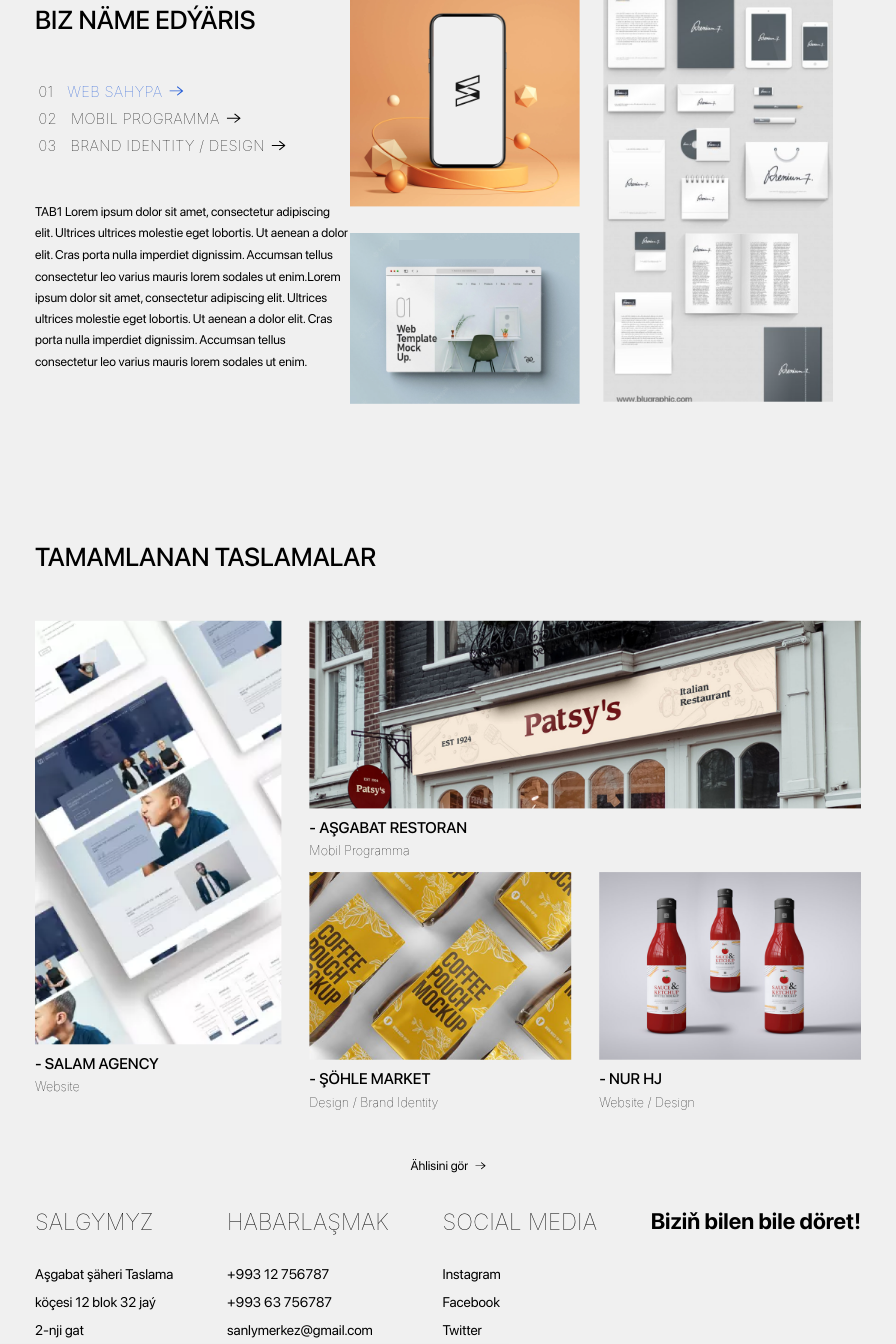
Repository: Meylis7/Sanly-Merkez-Web
Page: main.html
An editor plug-in stored every save of this project. The page is shown before and after the next save, followed by the edit.
The browser window is 1280 px wide. The pictures show the part of the page from y = 1437 to 3357 px (the page is 3357 px tall), at 70% of full size.
Some web fonts or font styles are not loaded; a fallback is used.

Above is the page before, as saved 2022-05-03 17:32:08.

### main.html
<!DOCTYPE html>
<html lang="en" dir="ltr">
  <head>
    <meta charset="utf-8">
    <meta name="viewport" content="width=device-width, initial-scale=1.0">
    <title>Sanly merkez</title>
    <link rel="stylesheet" href="./css/main.css">
  </head>
  <body>
    <div class="main-container">
      <div class="header-container">
        <header>
          <a href="#" class="brand"><img src="/assets/logo.png" alt=""></a>
          <div class="menu">
            <div class="btn">
                <svg class="close-btn" xmlns="http://www.w3.org/2000/svg" aria-hidden="true" role="img" width="1em" height="1em" preserveAspectRatio="xMidYMid meet" viewBox="0 0 20 20"><path fill="currentColor" fill-rule="evenodd" d="M4.293 4.293a1 1 0 0 1 1.414 0L10 8.586l4.293-4.293a1 1 0 1 1 1.414 1.414L11.414 10l4.293 4.293a1 1 0 0 1-1.414 1.414L10 11.414l-4.293 4.293a1 1 0 0 1-1.414-1.414L8.586 10L4.293 5.707a1 1 0 0 1 0-1.414Z" clip-rule="evenodd"/></svg>
            </div>
            <a href="#">Biz barada</a>
            <a href="#">Hyzmatlar</a>
            <a href="#">Taslamalar</a>
            <a href="#">Habarlaşmak</a>
          </div>
          <div class="btn">
            <svg class="menu-btn" xmlns="http://www.w3.org/2000/svg" aria-hidden="true" role="img" width="1em" height="1em" preserveAspectRatio="xMidYMid meet" viewBox="0 0 20 20"><path fill="currentColor" fill-rule="evenodd" d="M3 5a1 1 0 0 1 1-1h12a1 1 0 1 1 0 2H4a1 1 0 0 1-1-1Zm0 5a1 1 0 0 1 1-1h12a1 1 0 1 1 0 2H4a1 1 0 0 1-1-1Zm6 5a1 1 0 0 1 1-1h6a1 1 0 1 1 0 2h-6a1 1 0 0 1-1-1Z" clip-rule="evenodd"/></svg>
          </div>
        </header>
      </div>

      <div class="home-section">
        <div class="home-container">
          <div class="home-left-content">
            <div class="home-slogan">
              <p class="slogan">Sanly hyzmatlaryň <br>
                takyk çözgüdi.</p>
                <p class="slogan-text">Lorem ipsum dolor sit amet, consectetur adipiscing elit. Massa <br> tincidunt rhoncus dolor nisi duis nunc.</p>
            </div>
            <div class="home-social-links">
              <a href="#">Instagram</a>
              <a href="#">Twitter</a>
              <a href="#">Facebook</a>
            </div>
          </div>
          <div class="home-right-content">
            <img src="./assets/mainphoto.png" alt="">
          </div>
        </div>
      </div>
      <div class="about-section">
        <div class="about-container">
          <div class="about-photo-content">
            <h1>Biz Barada</h1>
            <img src="/assets/about.png" alt="">
          </div>
          <div class="about-text-container">
            <h1>Sanly Merkez</h1>
            <p>Lorem ipsum dolor sit amet, consectetur adipiscing elit. Ultrices ultrices molestie eget lobortis. Ut aenean a dolor elit. Cras porta nulla imperdiet dignissim. Accumsan tellus consectetur leo varius mauris lorem sodales ut enim.Lorem ipsum dolor sit amet, consectetur adipiscing elit. Ultrices ultrices molestie eget lobortis. Ut aenean a dolor elit. Cras porta nulla imperdiet dignissim. Accumsan tellus consectetur leo varius mauris lorem sodales ut enim. Accumsan tellus consectetur leo varius mauris lorem sodales ut enim. Accumsan tellus consectetur leo varius .Accumsan tellus consectetur leo varius mauris lorem sodales ut enim. Accumsan tellus consectetur leo varius .Accumsan tellus consectetur leo varius mauris lorem sodales ut enim. Accumsan tellus consectetur leo varius . </p>
          </div>
        </div>
      </div>
      <div class="wwd-section">
        <div class="wwd-conteiner">
          <div class="tabs">
            <h1>Biz näme edýäris</h1>
            <div class="tabs__head">
              <div class="tabs__toggle is-active">
                <span class="tabs__name"><span class="tabsnumber">01</span>Web sahypa <svg width="15" height="10" viewBox="0 0 15 10" fill="none" xmlns="http://www.w3.org/2000/svg"> <path d="M8.75 0L7.85625 0.6965L12.5938 4.5H0V5.5H12.5938L7.85625 9.2865L8.75 10L15 5L8.75 0Z" fill="currentColor"/></svg>
              </span>
              </div>
              <div class="tabs__toggle">
                <span class="tabs__name"><span class="tabsnumber">02</span>Mobil programma <svg width="15" height="10" viewBox="0 0 15 10" fill="none" xmlns="http://www.w3.org/2000/svg"> <path d="M8.75 0L7.85625 0.6965L12.5938 4.5H0V5.5H12.5938L7.85625 9.2865L8.75 10L15 5L8.75 0Z" fill="currentColor"/></svg></span>
              </div>
              <div class="tabs__toggle">
                <span class="tabs__name"><span class="tabsnumber">03</span>Brand identity / Design <svg width="15" height="10" viewBox="0 0 15 10" fill="none" xmlns="http://www.w3.org/2000/svg"> <path d="M8.75 0L7.85625 0.6965L12.5938 4.5H0V5.5H12.5938L7.85625 9.2865L8.75 10L15 5L8.75 0Z" fill="currentColor"/></svg></span>
              </div>
            </div>
            <div class="tabs__body">
              <div class="tabs__content is-active">
                <p class="tabs__text">TAB1 Lorem ipsum dolor sit amet, consectetur adipiscing elit. Ultrices ultrices molestie eget lobortis. Ut aenean a dolor elit. Cras porta nulla imperdiet dignissim. Accumsan tellus consectetur leo varius mauris lorem sodales ut enim.Lorem ipsum dolor sit amet, consectetur adipiscing elit. Ultrices ultrices molestie eget lobortis. Ut aenean a dolor elit. Cras porta nulla imperdiet dignissim. Accumsan tellus consectetur leo varius mauris lorem sodales ut enim.</p>
              </div>
              <div class="tabs__content">
                <p class="tabs__text">TAB2 Lorem ipsum dolor sit amet, consectetur adipiscing elit. Ultrices ultrices molestie eget lobortis. Ut aenean a dolor elit. Cras porta nulla imperdiet dignissim. Accumsan tellus consectetur leo varius mauris lorem sodales ut enim.Lorem ipsum dolor sit amet, consectetur adipiscing elit. Ultrices ultrices molestie eget lobortis. Ut aenean a dolor elit. Cras porta nulla imperdiet dignissim. Accumsan tellus consectetur leo varius mauris lorem sodales ut enim.</p>
              </div>
              <div class="tabs__content">
                <p class="tabs__text">TAB3 Lorem ipsum dolor sit amet, consectetur adipiscing elit. Ultrices ultrices molestie eget lobortis. Ut aenean a dolor elit. Cras porta nulla imperdiet dignissim. Accumsan tellus consectetur leo varius mauris lorem sodales ut enim.Lorem ipsum dolor sit amet, consectetur adipiscing elit. Ultrices ultrices molestie eget lobortis. Ut aenean a dolor elit. Cras porta nulla imperdiet dignissim. Accumsan tellus consectetur leo varius mauris lorem sodales ut enim.</p>
              </div>
            </div>
          </div>
          <div class="wwd-photo-content">
            <div class="left-photo-content">
              <div class="first-photo">
                <img src="/assets/appphoto.png" alt="">
              </div>
              <div class="second-photo">
                <img src="/assets/websitephoto.png" alt="">
              </div>
            </div>
            <div class="right-photo-content">
              <img src="/assets/brandingphoto.png" alt="">
            </div>
          </div>
        </div>
      </div>
      <div class="projects-section">
        <h1>tamamlanan taslamalar</h1>
        <div class="projects-container">
          <div class="left-projects-content">
            <div class="project-one">
              <div class="fst-pro-img project-image">
                <img src="/assets/salam.png" alt="">
              </div>
              <div class="projects-text">
                <p class="project-name">- Salam agency</p>
                <p class="project-for">Website</p>
              </div>
            </div>
          </div>
          <div class="right-projects-content">
            <div class="right-projects-up">
              <div class="project-two">
                <div class="snd-pro-img project-image">
                  <img src="/assets/ashgabat.png" alt="">
                </div>
                <div class="projects-text">
                  <p class="project-name">- aşgabat restoran</p>
                  <p class="project-for">Mobil Programma</p>
                </div>
              </div>
            </div>
            <div class="right-projects-down">
              <div class="project-three">
                <div class="trd-pro-img project-image">
                  <img src="/assets/shohle.png" alt="">
                </div>
                <div class="projects-text">
                  <p class="project-name">- şöhle market</p>
                  <p class="project-for">Design / Brand Identity</p>
                </div>
              </div>
              <div class="project-four">
                <div class="four-pro-img project-image">
                  <img src="/assets/nur.png" alt="">
                </div>
                <div class="projects-text">
                  <p class="project-name">- nur hj</p>
                  <p class="project-for">Website / Design</p>
                </div>
              </div>
            </div>

          </div>
        </div>
        <a class="see-all-link" href="#">Ählisini gör <svg width="15" height="10" viewBox="0 0 15 10" fill="none" xmlns="http://www.w3.org/2000/svg"> <path d="M8.75 0L7.85625 0.6965L12.5938 4.5H0V5.5H12.5938L7.85625 9.2865L8.75 10L15 5L8.75 0Z" fill="currentColor"/></svg>
        </a>
      </div>
      <div class="footer">
        <div class="footer-links-container">
          <div class="footer-links address-content">
            <h1>Salgymyz</h1>
            <div class="footer-link-texts">
              <p>Aşgabat şäheri Taslama <br> köçesi 12 blok 32 jaý <br> 2-nji gat</p>
            </div>
          </div>
          <div class="footer-links contact-content">
            <h1>Habarlaşmak</h1>
            <div class="footer-link-texts">
              <a href="#">+993 12 756787</a>
              <a href="#">+993 63 756787</a>
              <a href="#">sanlymerkez@gmail.com</a>
            </div>
          </div>
          <div class="footer-links social-content">
            <h1>social media</h1>
            <div class="footer-link-texts">
              <a href="#">Instagram</a>
              <a href="#">Facebook</a>
              <a href="#">Twitter</a>
            </div>
          </div>
          <div class="contact-btn-content">
            <h1>Biziň bilen bile döret!</h1>
          </div>
        </div>
        <div class="footer-end-container">

        </div>
      </div>

    </div>



    <script type="text/javascript">
    //javascript for navigation bar effect on scroll
    window.addEventListener("scroll", function(){
      var header = document.querySelector("header");
      header.classList.toggle('sticky', window.scrollY > 0);
    });

    //javascript for responsive navigation sidebar menu
    var menu = document.querySelector('.menu');
    var menuBtn = document.querySelector('.menu-btn');
    var closeBtn = document.querySelector('.close-btn');

    menuBtn.addEventListener("click", () => {
      menu.classList.add('active');
    });

    closeBtn.addEventListener("click", () => {
      menu.classList.remove('active');
    });
    </script>
    <script src="./js/nav.js"></script>

  </body>
</html>

Loaded but not shown: js/nav.js (15 lines, source omitted); css/main.css (603 lines, source omitted)

After the next save:
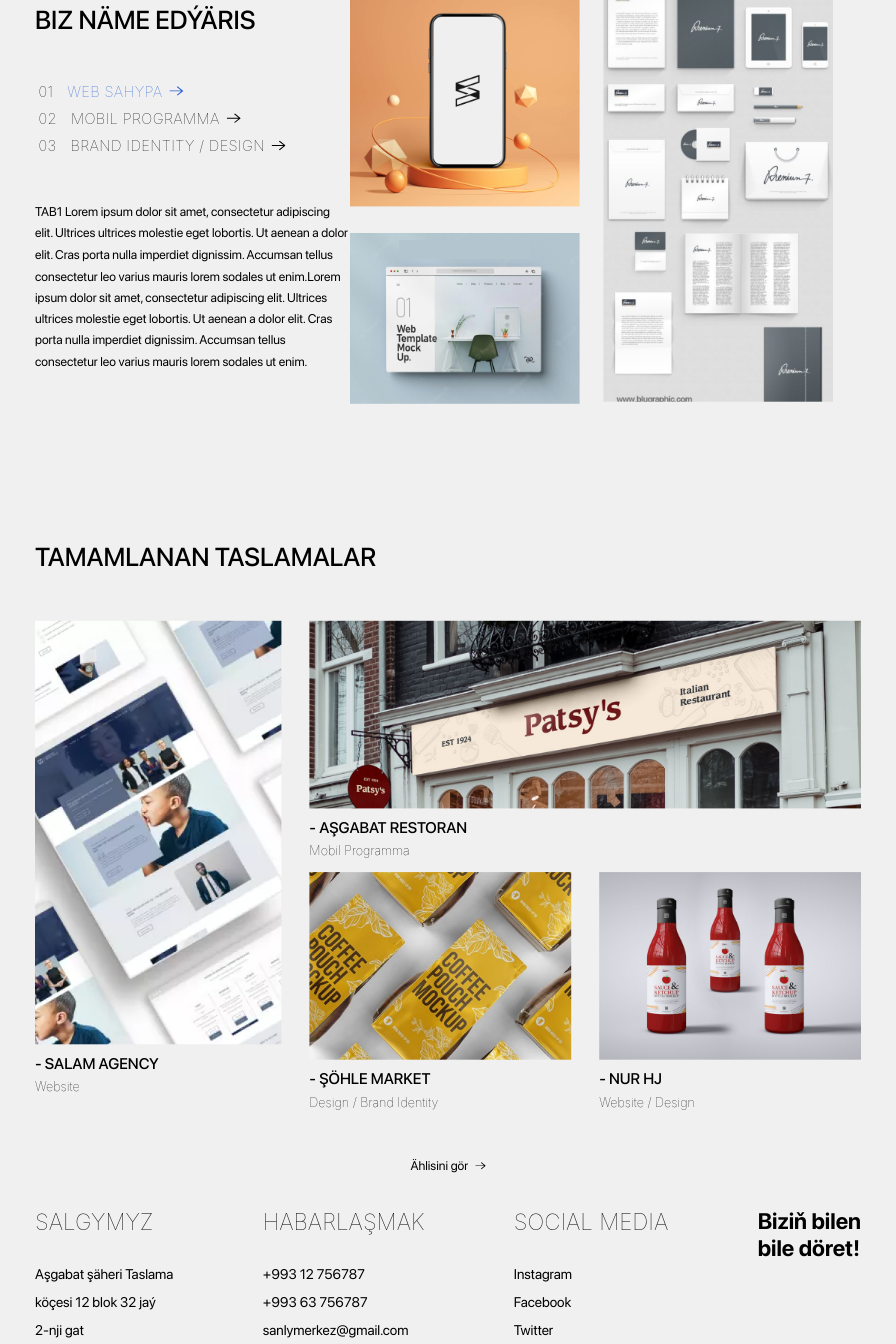
Saved 59 s later.
--- a/main.html
+++ b/main.html
@@ -177,7 +177,7 @@
             </div>
           </div>
           <div class="contact-btn-content">
-            <h1>Biziň bilen bile döret!</h1>
+            <h1>Biziň bilen <br> bile döret!</h1>
           </div>
         </div>
         <div class="footer-end-container">
